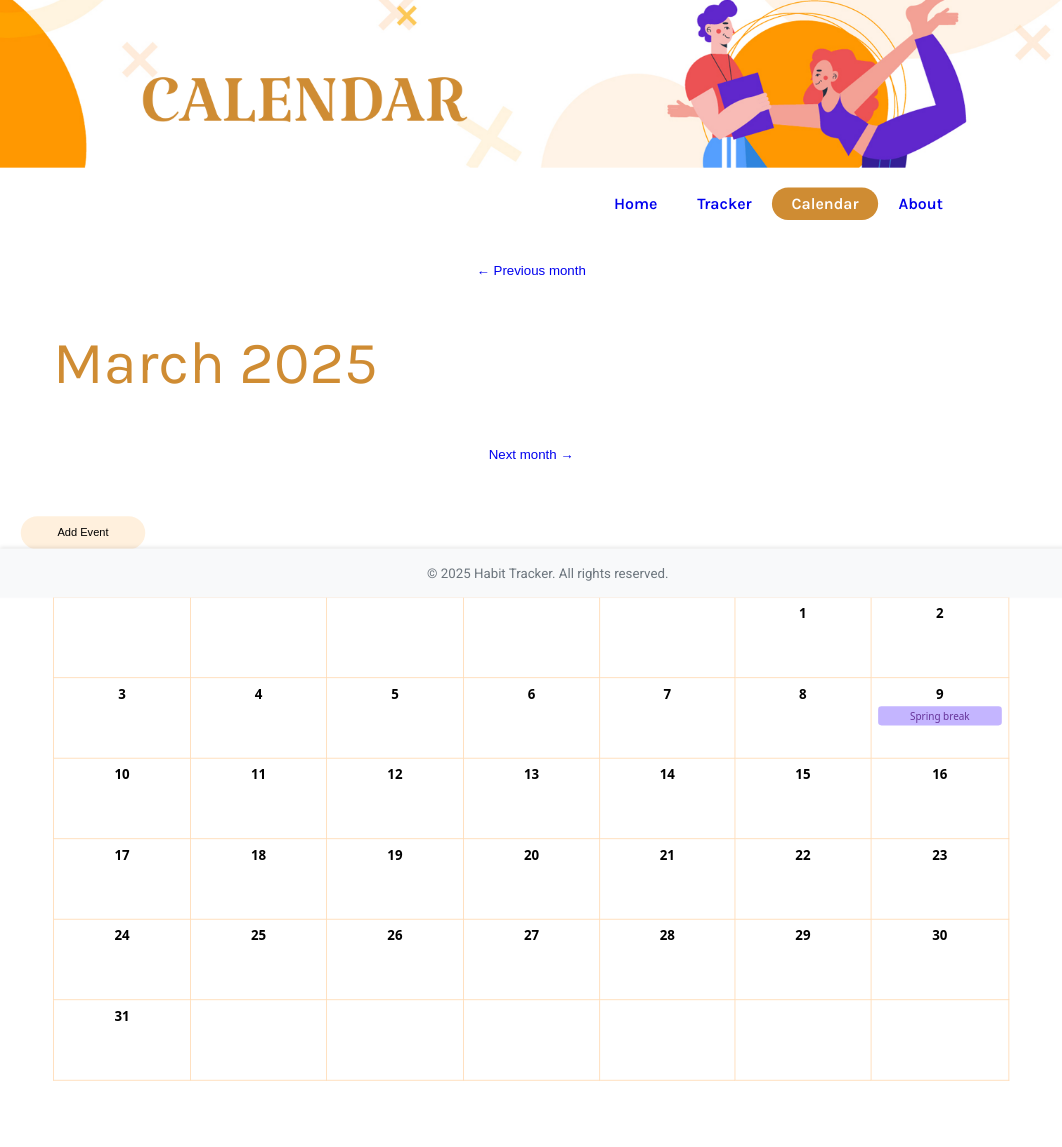
Repository: SandyLy453/habit-tracker
Page: http://localhost/calendar?month=2&year=2025
These files come from the project's save history. The page is drawn as it stood at one moment and after the next save; the edit follows.
The browser window is 1280 px wide. The pictures show the whole page, at 83% of full size.
Some web fonts or font styles are not loaded; a fallback is used. The page is served by the project's Node server (server.js).

Above is the page before, as saved 2025-03-21 18:49:42.

After the next save:
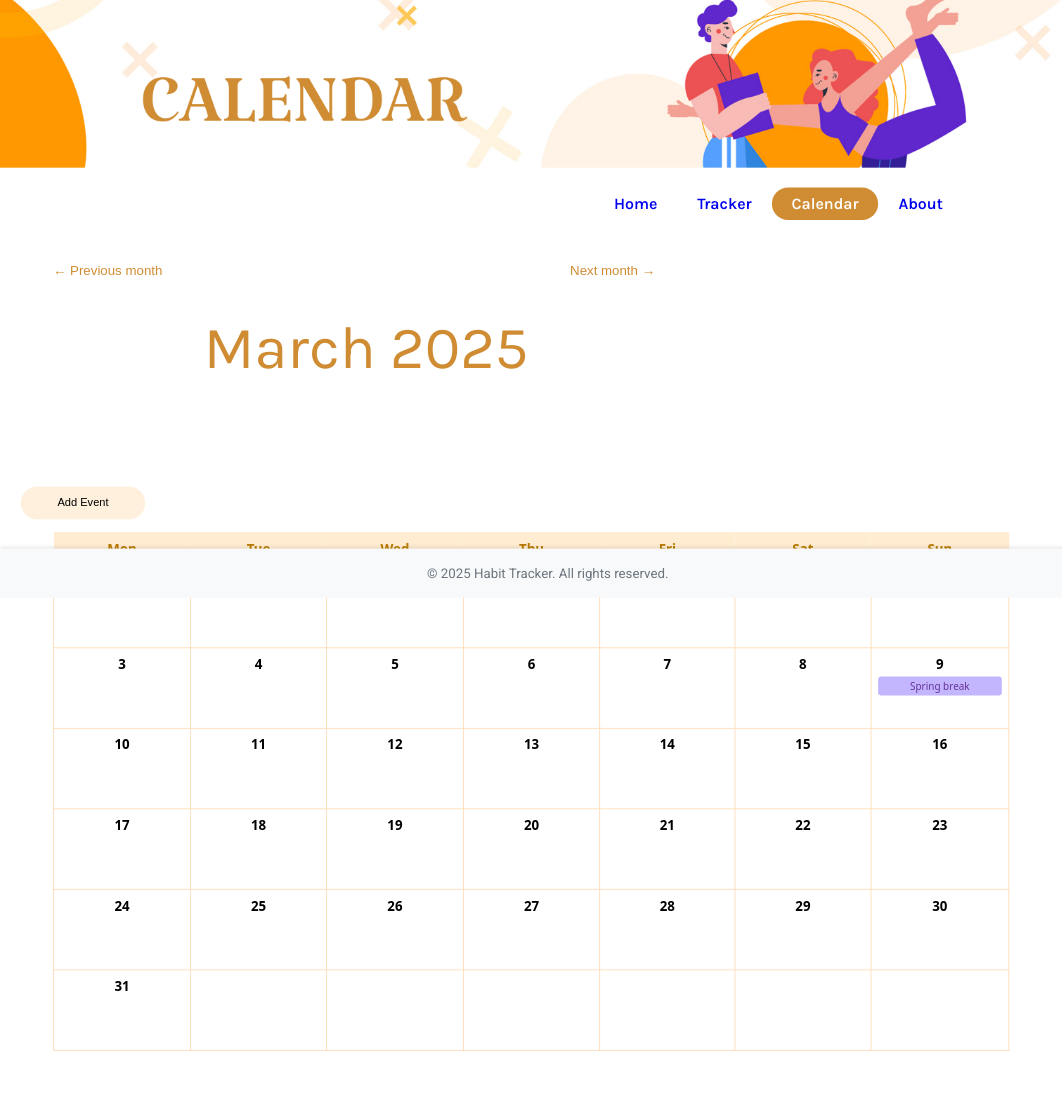
Saved 28 s later.
--- a/public/styles.css
+++ b/public/styles.css
@@ -519,7 +519,11 @@ body {
 	text-align: left;
 }
 
-.
+.calendar-nav {
+	display: flex;
+	flex-direction: row;
+	gap: 50px;
+}
 
 .nav-link {
 	color: var(--card-status-inProgress);
